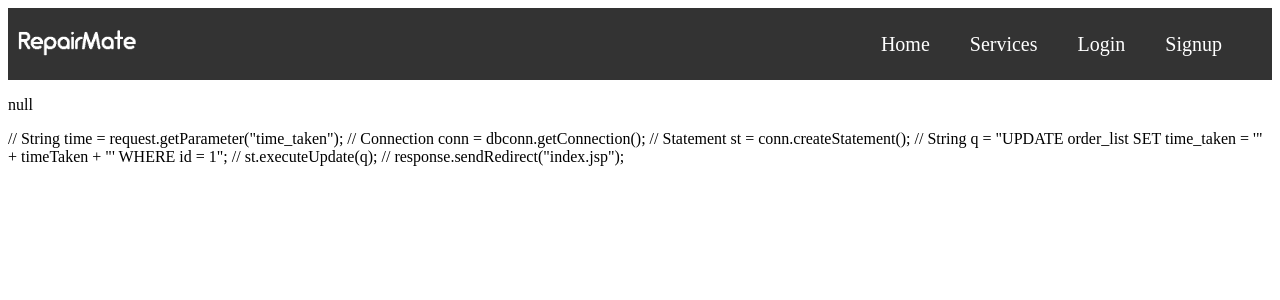
Repository: rohann12/RepairMate
Page: http://localhost/Garage/JSP/time.jsp
An editor plug-in stored every save of this project. The page is shown before and after the next save, followed by the edit.
The browser window is 1280 px wide. The pictures show the whole page.
The page is served by Tomcat 9. Other server files are loaded and not shown.

Above is the page before, as saved 2023-06-19 23:01:49.

### Garage/src/main/webapp/JSP/time.jsp
<%@ page language="java" contentType="text/html; charset=UTF-8"
	pageEncoding="UTF-8"%>
<%@ page import="com.database.*"%>
<%@ page import="java.sql.*"%>
<!DOCTYPE html>
<html>
<head>
<meta charset="UTF-8">
<title>Insert title here</title>
</head>
<body>
	<jsp:include page="nav.jsp"></jsp:include>
	<p><%=request.getParameter("timeTaken") %></p>

<%-- 	<% --%>
// 	String time = request.getParameter("time_taken");
// 	Connection conn = dbconn.getConnection();
// 	Statement st = conn.createStatement();
// 	String q = "UPDATE order_list SET time_taken = '" + timeTaken + "' WHERE id = 1";
// 	st.executeUpdate(q);
// 	response.sendRedirect("index.jsp");
<%-- 	%> --%>
</body>
</html>

### Garage/src/main/webapp/JSP/nav.jsp
<%@page contentType="text/html" pageEncoding="UTF-8"%>
<%@page import="javax.servlet.http.HttpSession"%>

<style>
nav {
  background-color: #333;
  padding: 10px;
  display: flex;
  justify-content: space-between;
  align-items: center;
}

.navbar-logo img {
  height: 40px;
}

.navbar-links ul {
  list-style-type: none;
  margin: 0;
  padding: 0;
  display: flex;
}

.navbar-links li {
  margin-right: 20px;
}

.navbar-links li a {
  color: #fff;
  text-decoration: none;
  font-size: 16px;
  font-size: 20px;
    margin-right: 20px;


}

.navbar-links li a:hover {
  color: #ff6600;

}
.navbar-logo{
margin-top:8px;
}
</style>
<nav>
  <div class="navbar-logo">

      <a href=index.jsp><img src="../Contents/logo.png" alt="Logo"></a>


  </div>
  <div class="navbar-links">
    <ul>
      <li><a href="index.jsp">Home</a></li>
      <li><a href="order.jsp">Services</a></li>

       <%-- Checking session to determine login/logout links --%>
      <%
        HttpSession s = request.getSession(false);
        if (s != null && s.getAttribute("username") != null) {
          // User is logged in, show logout link
          %>
          <li class="jobs"><a href="jobs.jsp">Jobs</a></li>
          <li class="logout"><a href="logout.jsp">Logout</a></li>

          <%
        } else {
          // User is not logged in, show login link
          %>
          <li class="login"><a href="login.jsp">Login</a></li>
          <li class="Signup"><a href="reg.jsp">Signup</a></li>
          <%
        }
      %>
    </ul>
  </div>
</nav>

After the next save:
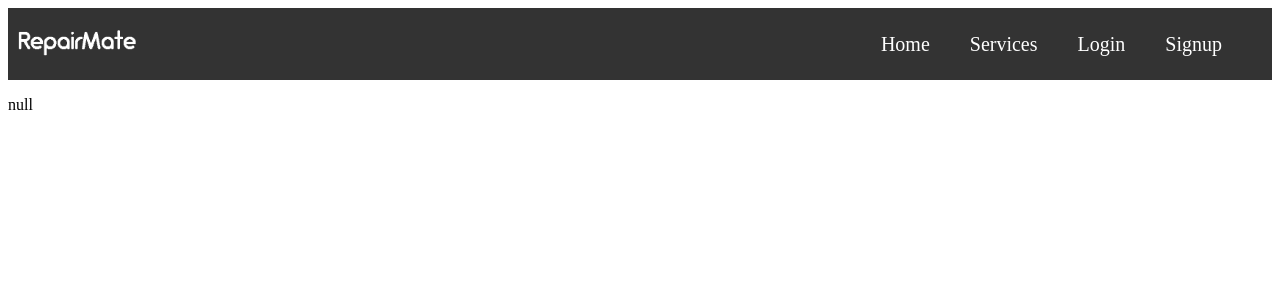
Saved 16 s later.
--- a/Garage/src/main/webapp/JSP/time.jsp
+++ b/Garage/src/main/webapp/JSP/time.jsp
@@ -12,13 +12,13 @@
 	<jsp:include page="nav.jsp"></jsp:include>
 	<p><%=request.getParameter("timeTaken") %></p>
 
-<%-- 	<% --%>
-// 	String time = request.getParameter("time_taken");
-// 	Connection conn = dbconn.getConnection();
-// 	Statement st = conn.createStatement();
-// 	String q = "UPDATE order_list SET time_taken = '" + timeTaken + "' WHERE id = 1";
-// 	st.executeUpdate(q);
-// 	response.sendRedirect("index.jsp");
-<%-- 	%> --%>
+
+<!-- // 	String time = request.getParameter("time_taken"); -->
+<!-- // 	Connection conn = dbconn.getConnection(); -->
+<!-- // 	Statement st = conn.createStatement(); -->
+<!-- // 	String q = "UPDATE order_list SET time_taken = '" + timeTaken + "' WHERE id = 1"; -->
+<!-- // 	st.executeUpdate(q); -->
+<!-- // 	response.sendRedirect("index.jsp"); -->
+
 </body>
 </html>
